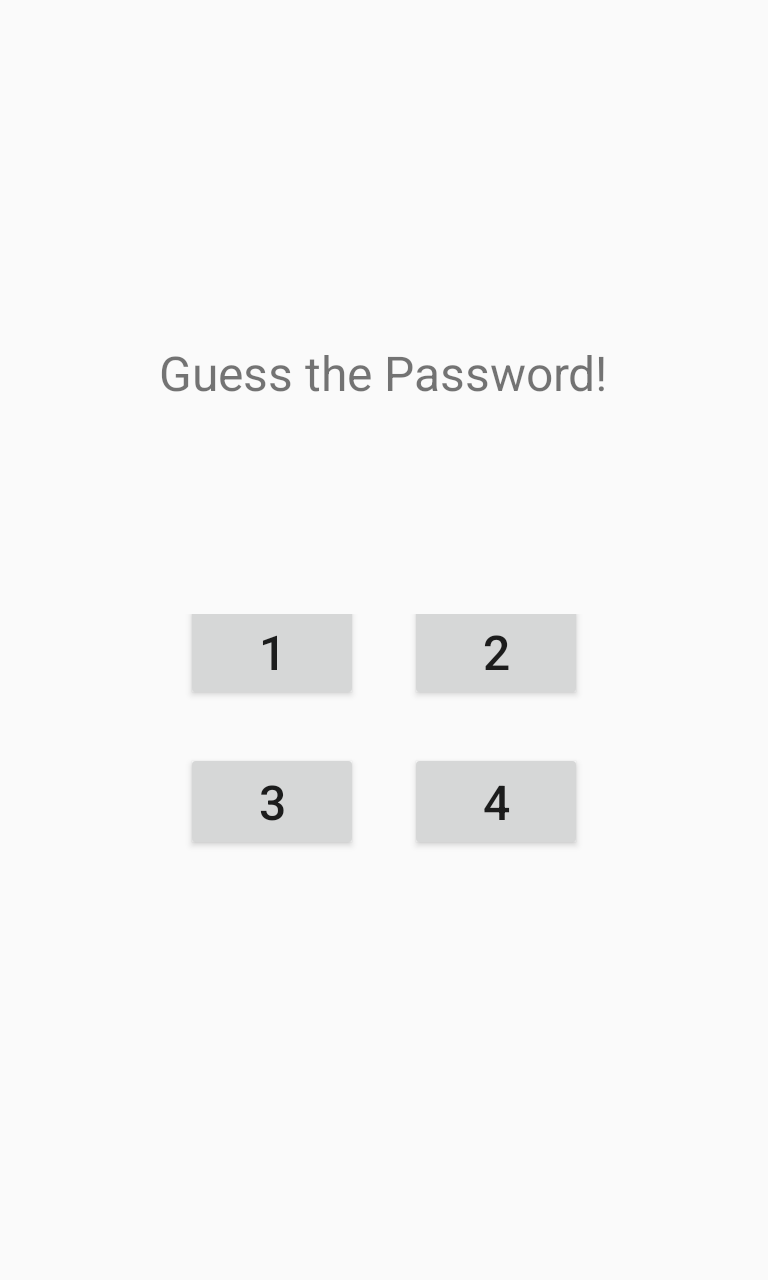
Repository: cryder3/csc303
Layout: Challenge1/res/layout/activity_topsecret.xml
These files come from the project's save history. The layout is drawn as it stood at one moment and after the next save; the edit follows.
It is drawn on a 768 x 1280 px phone screen (xhdpi) without system bars, with theme AppTheme; the app's code is not run.

Above is the layout before, as saved 2014-09-10 15:58:50.

After the next save:
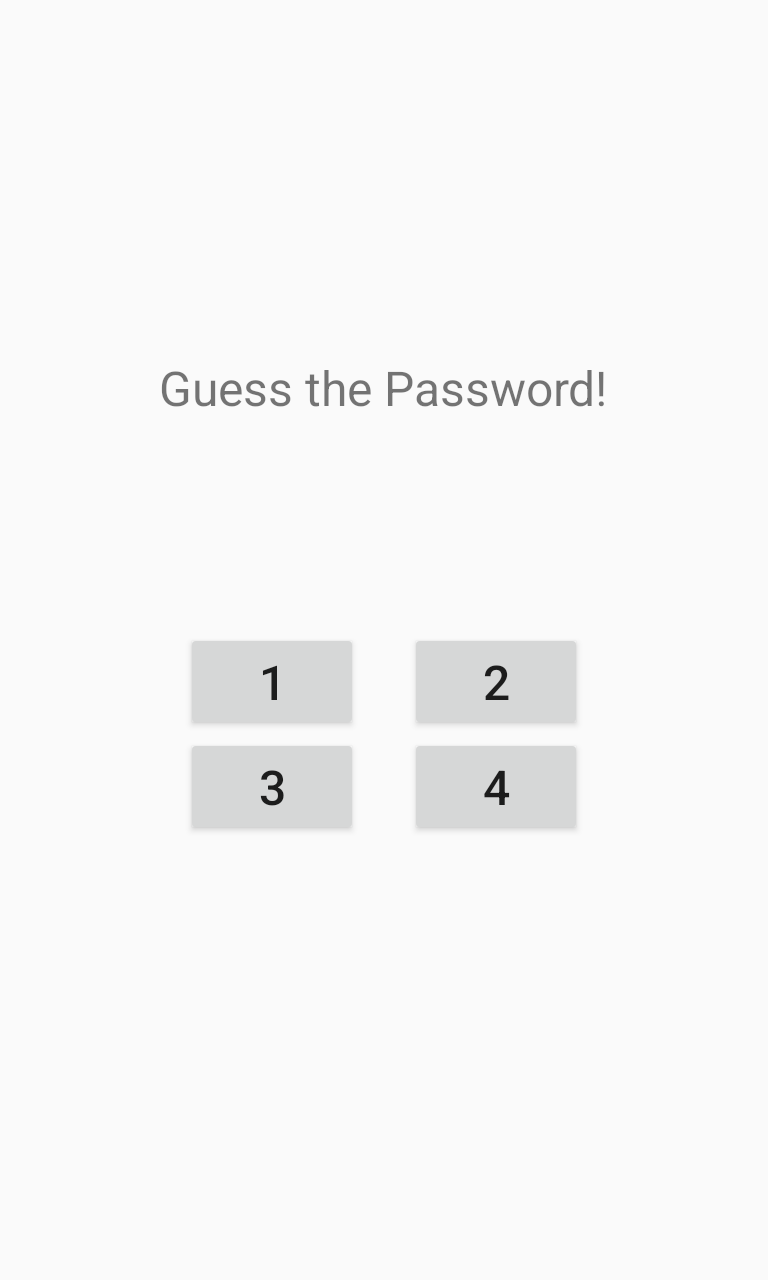
Saved 48 s later.
--- a/Challenge1/res/layout/activity_topsecret.xml
+++ b/Challenge1/res/layout/activity_topsecret.xml
@@ -35,7 +35,6 @@
             android:layout_height="wrap_content"
             android:textSize="24dp"
             android:layout_marginRight="24dp"
-            android:layout_marginBottom="15dp"
             android:text="@string/one" />
 
         <Button
@@ -43,7 +42,6 @@
             android:layout_width="wrap_content"
             android:layout_height="wrap_content"
             android:textSize="24dp"
-            android:layout_marginBottom="15dp"
             android:text="@string/two" />
 
     </LinearLayout>
